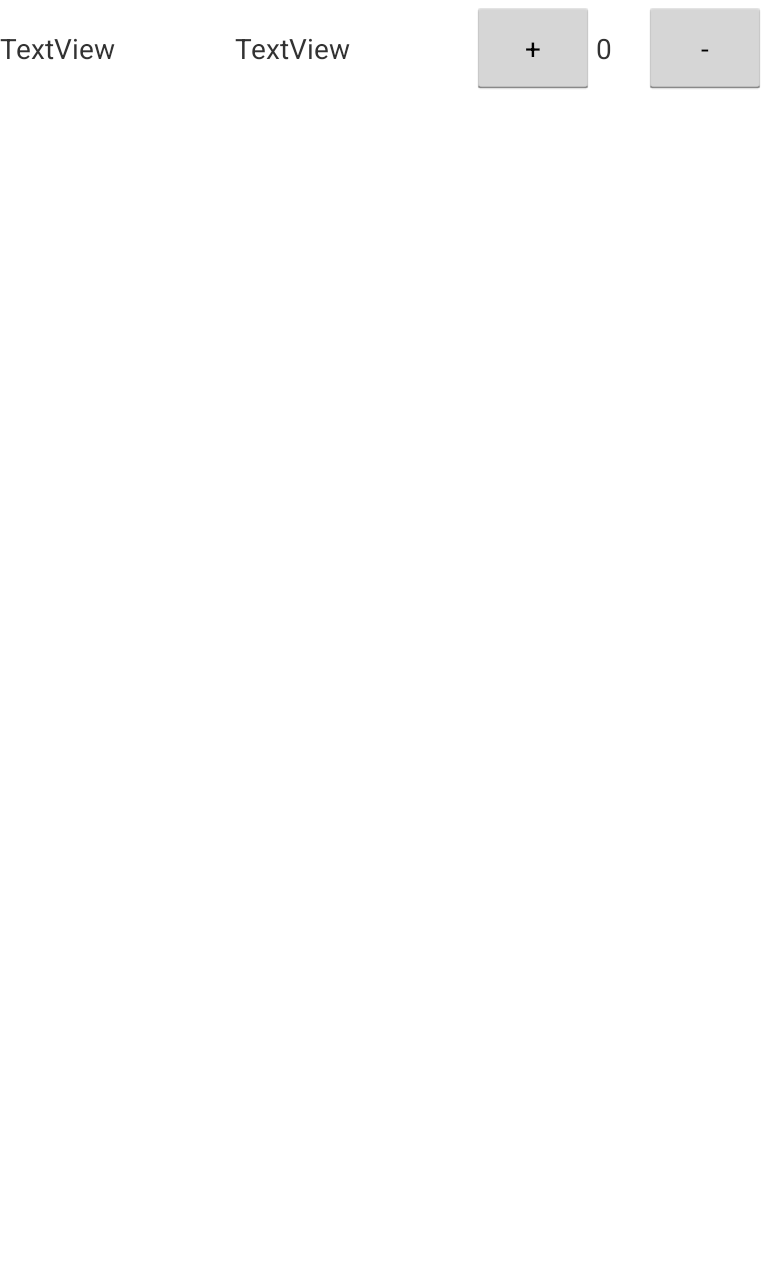
Repository: TeamSuperion/TeamSuperionSextonCalculator
Layout: SextonCalculator/res/layout/activity_browse_row.xml
An editor plug-in stored every save of this project. The layout is shown before and after the next save, followed by the edit.
It is drawn on a 768 x 1280 px phone screen (xhdpi) without system bars, with theme AppTheme; the app's code is not run.

Above is the layout before, as saved 2012-12-06 04:41:13.

### SextonCalculator/res/layout/activity_browse_row.xml
<?xml version="1.0" encoding="utf-8"?>
<LinearLayout xmlns:android="http://schemas.android.com/apk/res/android"
    android:id="@+id/RelativeLayout1"
    android:layout_width="match_parent"
    android:layout_height="match_parent"
    android:orientation="horizontal" >

    <TextView
        android:id="@+id/itemName_textView"
        android:layout_width="wrap_content"
        android:layout_height="wrap_content"
        android:layout_weight="4"
        android:text="@string/TextView" />

    <TextView
        android:id="@+id/itemPrice_textView"
        android:layout_width="wrap_content"
        android:layout_height="wrap_content"
        android:layout_weight="4"
        android:text="@string/TextView" />

    <TextView
        android:id="@+id/itemId_textView"
        android:layout_width="wrap_content"
        android:layout_height="wrap_content"
        android:visibility="gone"
        android:textAppearance="?android:attr/textAppearanceSmall" />

    <Button
        android:id="@+id/itemIncrease_button"
        style="?android:attr/buttonStyleSmall"
        android:layout_width="wrap_content"
        android:layout_height="wrap_content"
        android:layout_weight="1"
        android:text="@string/plus"
        android:onClick="increaseQuantity" />

    <TextView
        android:id="@+id/itemQuantity_textView"
        android:layout_width="wrap_content"
        android:layout_height="wrap_content"
        android:layout_weight="1"
        android:text="@string/zero" />

    <Button
        android:id="@+id/itemDecrease_button"
        style="?android:attr/buttonStyleSmall"
        android:layout_width="wrap_content"
        android:layout_height="wrap_content"
        android:layout_weight="1"
        android:text="@string/minus"
        android:onClick="decreaseQuantity" />


</LinearLayout>

### SextonCalculator/res/values/strings.xml
<resources>

    <string name="app_name">Sexton Calculator</string>
    <string name="menu_settings">Settings</string>
    <string name="title_activity_main">MainActivity</string>
    <string name="punch_button">Meal Punch</string>
    <string name="calorie_button">Meal Punch (Calorie Counter)</string>
    <string name="browse_button">Browse Food Selection</string>
    <string name="home_button">Home</string>
    <string name="reset_button">Reset</string>
    <string name="checkout_button">Checkout</string>
    <string name="random_button">Random</string>
    <string name="start_button">Start</string>
    <string name="maxCalories_textView">Max Calories:</string>
    <string name="totalCalories_textView">Total Calories:</string>
    <string name="totalRemaining_textView">Total Remaining:</string>
    <string name="amountRemaining_textView">$0.00</string>
    <string name="punchPay_button">Punch</string>
    <string name="cashPay_button">Cash</string>
    <string name="flexPay_button">Flex</string>
    <string name="punchValue_textView">1 Punch = $5.50</string>
    <string name="title_activity_home">HomeActivity</string>
    <string name="totalPrice_textView">Total Price: $0.00</string>
    <string name="title_activity_punch">PunchActivity</string>
    <string name="title_activity_calorie">CalorieActivity</string>
    <string name="title_activity_browse">BrowseActivity</string>
    <string name="title_activity_checkout">CheckoutActivity</string>
    <string name="home_text">Meal Options</string>
    <string name="entree_button">Entree</string>
    <string name="sides_button">Sides</string>
    <string name="back_button">Back</string>
    <string name="drinks_button">Drinks</string>
    <string name="punchTotal_editText">0</string>
    <string name="flexTotal_editText">0.00</string>
    <string name="cashTotal_editText">0.00</string>
    <string name="pressToContinue">Press To Continue</string>
    <string name="hello_world">Hello world!</string>
    <string name="title_activity_header">HeaderActivity</string>
    <string name="title_activity_pay_method">PayMethod</string>
    <string name="entrees">Entrees</string>
    <string name="sides">Sides</string>
    <string name="drinks">Drinks</string>
    <string name="foodItem">Food Item</string>
    <string name="price">Price</string>
    <string name="plus">+</string>
    <string name="minus">-</string>
    <string name="zero">0</string>
    <string name="TextView">TextView</string>

</resources>

Loaded but not shown: SextonCalculator/res/values-v11/styles.xml (common file); SextonCalculator/res/values-v14/styles.xml (common file); SextonCalculator/res/values/styles.xml (common file)

After the next save:
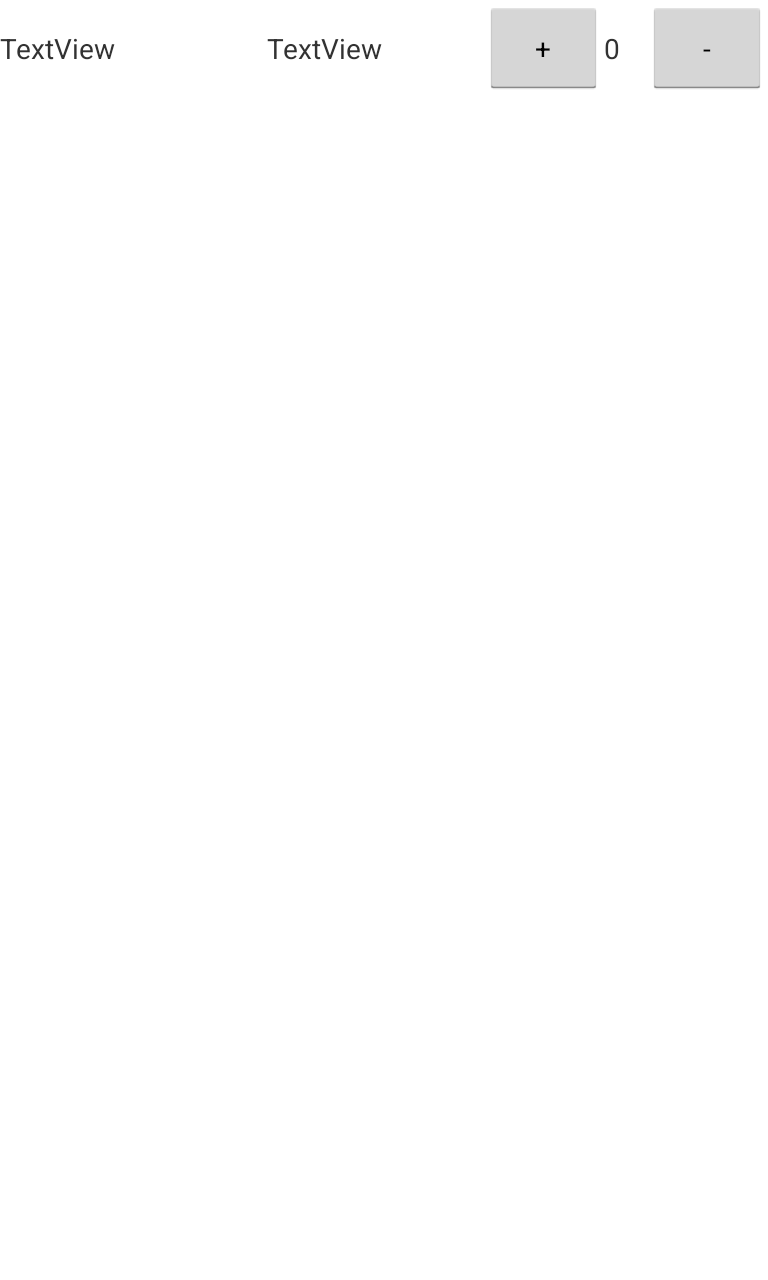
Saved 19 s later.
--- a/SextonCalculator/res/layout/activity_browse_row.xml
+++ b/SextonCalculator/res/layout/activity_browse_row.xml
@@ -9,7 +9,7 @@
         android:id="@+id/itemName_textView"
         android:layout_width="wrap_content"
         android:layout_height="wrap_content"
-        android:layout_weight="4"
+        android:layout_weight="6"
         android:text="@string/TextView" />
 
     <TextView
